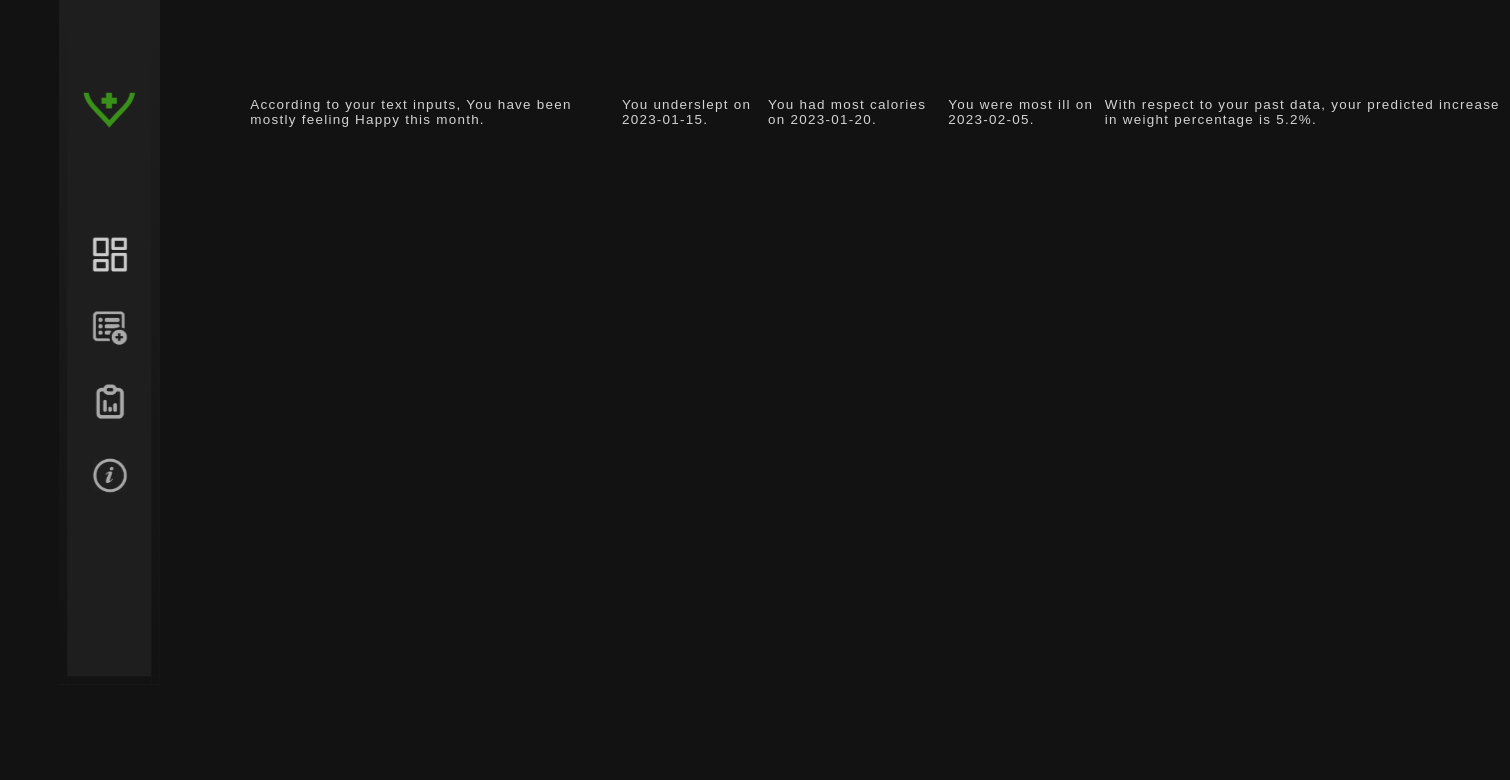
Repository: mhmd-bilal/health-analytics-dashboard
Page: http://localhost/project/anal.jsp
The author's editor kept a copy of each file at every save. The page is drawn from the files as they stood at one save, then again after the next save.
The browser window is 1280 px wide. The page is 1798 px wide, so the pictures cover 1798 px, including what lies to the right of the window. The pictures show the whole page, at 84% of full size.
Some web fonts or font styles are not loaded; a fallback is used. Some web libraries are served in a nearby version. The page is served by Tomcat 10.

Above is the page before, as saved 2023-12-07 17:13:50.

After the next save:
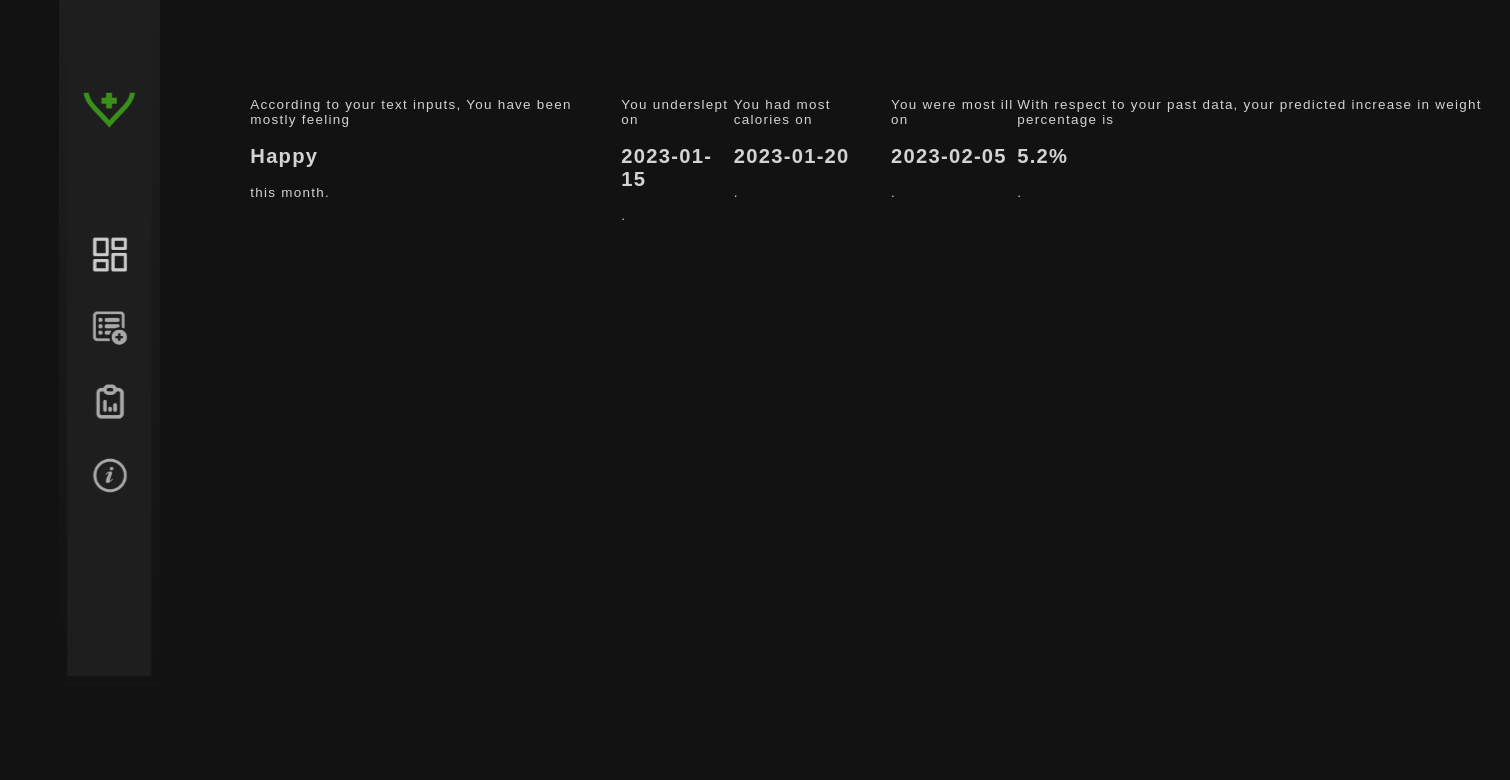
Saved 18 min 15 s later.
--- a/project/src/main/webapp/anal.jsp
+++ b/project/src/main/webapp/anal.jsp
@@ -54,24 +54,24 @@
 
         <div class="analytics-card">
             <p class="analytics-text">According to your text inputs, You have been mostly feeling
-                <span id="predominantEmotion">[Emotion]</span> this month.</p>
+                <h2><span id="predominantEmotion">[Emotion]</span></h2> this month.</p>
         </div>
 
         <div class="analytics-card">
-            <p class="analytics-text">You underslept on <span id="undersleptDate">[Date]</span>.</p>
+            <p class="analytics-text">You underslept on <h2><span id="undersleptDate">[Date]</span></h2>.</p>
         </div>
 
         <div class="analytics-card">
-            <p class="analytics-text">You had most calories on <span id="highCaloriesDate">[Date]</span>.</p>
+            <p class="analytics-text">You had most calories on <h2><span id="highCaloriesDate">[Date]</span></h2>.</p>
         </div>
 
         <div class="analytics-card">
-            <p class="analytics-text">You were most ill on <span id="mostIllDate">[Date]</span>.</p>
+            <p class="analytics-text">You were most ill on <h2><span id="mostIllDate">[Date]</span></h2>.</p>
         </div>
 
         <div class="analytics-card">
             <p class="analytics-text">With respect to your past data, your predicted increase in weight percentage is
-                <span id="predictedWeightIncrease">[Percent]</span>.</p>
+                <h2><span id="predictedWeightIncrease">[Percent]</span></h2>.</p>
         </div>
     </div>
         </div>
